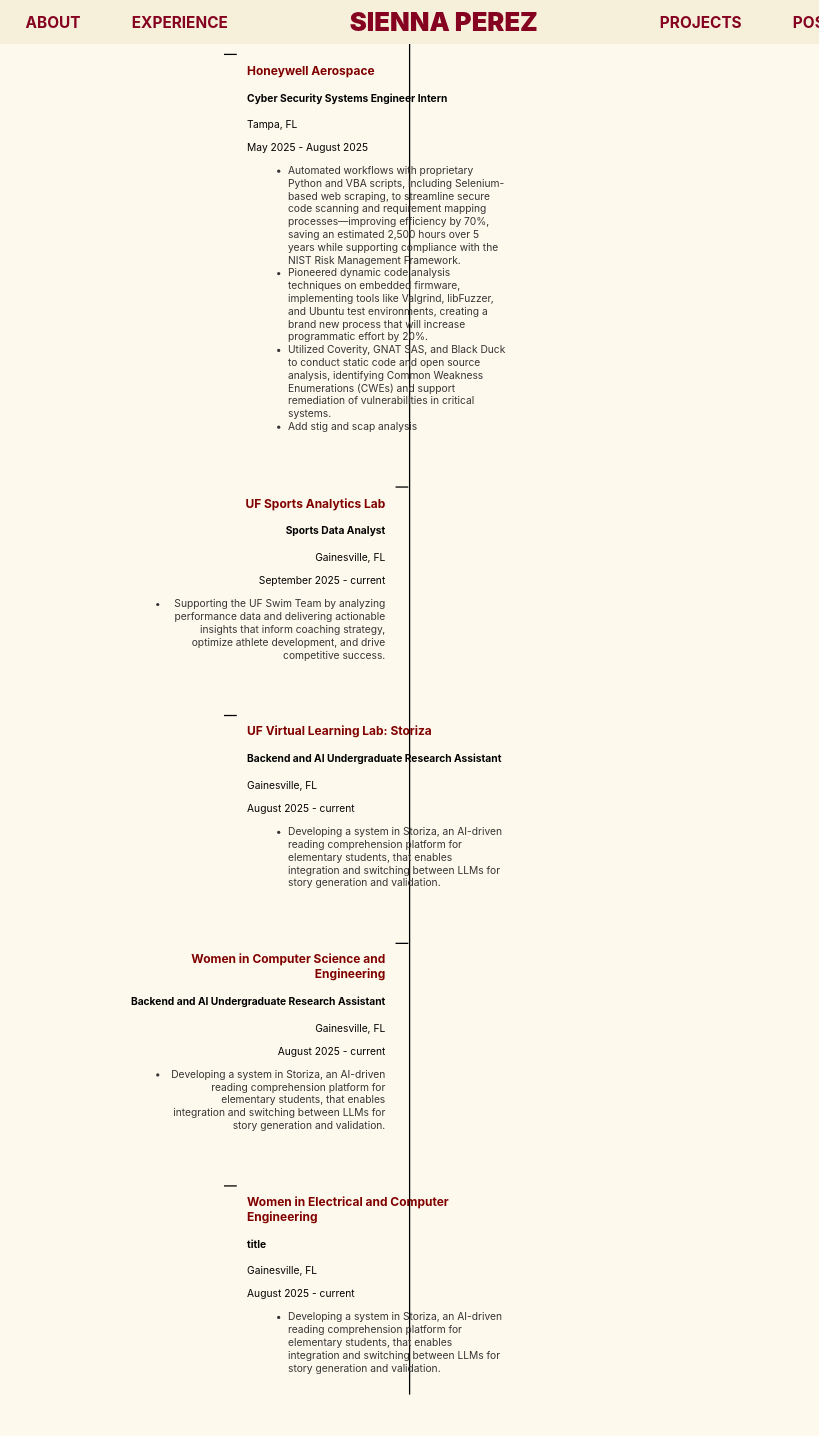
Repository: siennaperez/siennaperezweb
Page: /experience
The author's editor kept a copy of each file at every save. The page is drawn from the files as they stood at one save, then again after the next save.
The browser window is 1280 px wide. The pictures show the whole page, at 64% of full size.
The project was rebuilt for these pictures with package versions that can differ from the ones it lists, and the page was loaded fresh each time. Also part of the build but not shown: src/App.css, src/pages/About.css, src/pages/About.js, src/pages/Home.js.

Above is the page before, as saved 2025-09-21 15:27:11.

### src/App.js
import './App.css';
import ReactDOM from "react-dom/client";
import { BrowserRouter, Routes, Route, Link } from "react-router-dom";
import Navbar from "./components/Navbar";
import Home from "./pages/Home";
import About from "./pages/About";
import Experience from "./pages/Experience";


function App() {
  return (
    <BrowserRouter>
      <Navbar />
      <Routes>
        <Route path="/" element={<Home />} />
        <Route path="/about" element={<About />} />
        <Route path="/experience" element={<Experience />} />

      </Routes>
    </BrowserRouter>
  );
}

export default App;

const root = ReactDOM.createRoot(document.getElementById('root'));
root.render(<App />);

### src/components/Navbar.js
import "./Navbar.css";

import { Link } from 'react-router-dom';

const Navbar = () => {
  return (
    <nav className= "navbar">
      <ul className="nav-list">
        <div class="nav-left">
      <li class="nav-item"><a href="/about">ABOUT</a></li>
      <li class="nav-item"><a href="/experience">EXPERIENCE</a></li>
    </div>

    <div class="nav-center">
      <li class="nav-item"><a href="/">SIENNA PEREZ</a></li>
    </div>

    <div class="nav-right">
      <li class="nav-item"><a href="/projects">PROJECTS</a></li>
      <li class="nav-item"><a href="/posts">POSTS</a></li>
    </div>
      </ul>

    </nav>
  );
}

export default Navbar;

### src/pages/Experience.js
import "./Experience.css";


function Experience() {
return (
    <div className="experience-container">
      <div className="timeline">
        {/* Honeywell */}
        <div className="timeline-item right">
          <h3>Honeywell Aerospace</h3>
          <h4>Cyber Security Systems Engineer Intern</h4>
            <p>Tampa, FL</p>
            <p>May 2025 - August 2025</p>
          <ul>
            <li>Automated workflows with proprietary Python and VBA scripts, including Selenium-based web scraping, to streamline secure code scanning and requirement mapping processes—improving efficiency by 70%, saving an estimated 2,500 hours over 5 years while supporting compliance with the NIST Risk Management Framework.</li>
            <li>Pioneered dynamic code analysis techniques on embedded firmware, implementing tools like Valgrind, libFuzzer, and Ubuntu test environments, creating a brand new process that will increase programmatic effort by 20%.</li>
            <li>Utilized Coverity, GNAT SAS, and Black Duck to conduct static code and open source analysis, identifying Common Weakness Enumerations (CWEs) and support remediation of vulnerabilities in critical systems.</li>
            <li>Add stig and scap analysis</li>
          </ul>
        </div>

        {/* Storiza Lab */}
        <div className="timeline-item left">
          <h3>UF Sports Analytics Lab</h3>
          <h4>Sports Data Analyst</h4>
            <p>Gainesville, FL</p>
            <p>September 2025 - current</p>
          <ul>
            <li>Supporting the UF Swim Team by analyzing performance data and delivering actionable insights that inform coaching strategy, optimize athlete development, and drive competitive success.</li>
          </ul>
        </div>

        {/* Data Job */}
        <div className="timeline-item right">
          <h3>UF Virtual Learning Lab: Storiza</h3>
          <h4>Backend and AI Undergraduate Research Assistant</h4>
            <p>Gainesville, FL</p>
            <p>August 2025 - current</p>
          <ul>
            <li>Developing a system in Storiza, an AI-driven reading comprehension platform for elementary students, that enables integration and switching between LLMs for story generation and validation. </li>
          </ul>
        </div>

        {/* WiCSE */}
        <div className="timeline-item left">
          <h3>Women in Computer Science and Engineering</h3>
          <h4>Backend and AI Undergraduate Research Assistant</h4>
            <p>Gainesville, FL</p>
            <p>August 2025 - current</p>
          <ul>
            <li>Developing a system in Storiza, an AI-driven reading comprehension platform for elementary students, that enables integration and switching between LLMs for story generation and validation. </li>
          </ul>
        </div>

        {/* WECE */}
        <div className="timeline-item right">
          <h3>Women in Electrical and Computer Engineering</h3>
          <h4>title</h4>
            <p>Gainesville, FL</p>
            <p>August 2025 - current</p>
          <ul>
            <li>Developing a system in Storiza, an AI-driven reading comprehension platform for elementary students, that enables integration and switching between LLMs for story generation and validation. </li>
          </ul>
        </div>
      </div>
    </div>
  );
}
  export default Experience;

### src/components/Navbar.css
.navbar {
  background-color: #F6F0DA;
  padding: 10px 40px;
  position: fixed;
  width: 100%;
  top: 0;
  z-index: 100;
}

.nav-list {
  display: flex;
  justify-content: space-between;
  align-items: center;
  list-style: none;
  margin: 0;
  padding: 0;
  font-weight: bold;
  font-size: 24px;
  color: #850221;
}

.nav-left,
.nav-right {
  display: flex;
  gap: 80px;
}

.nav-center {
  font-size: 40px;
  font-weight: 900;
}

.nav-item a {
  text-decoration: none;
  color: #850221;
}

### src/pages/Experience.css
.experience-container {
  background-color: #fdf9ed; /* light beige like mockup */
  padding: 2rem;
  overflow-y: scroll; /* makes it scroll */
}

.timeline {
  position: relative;
  margin: 0 auto;
  width: 90%;
  max-width: 900px;
}

.timeline::before {
  content: "";
  position: absolute;
  top: 0;
  bottom: 0;
  left: 50%;
  width: 2px;
  background: #000;
  transform: translateX(-50%);
}

.timeline-item {
  width: 45%;
  padding: 1rem;
  position: relative;
  margin: 2rem 0;
}

.timeline-item h3 {
  color: #800000;
  font-weight: bold;
}

.timeline-item ul {
  list-style-type: disc;
  margin-left: 1.5rem;
  color: #333;
}

.timeline-item.left {
  text-align: right;
  left: -1%;
}

.timeline-item.right {
  text-align: left;
  left: 20%;
}

/* Add connector line */
.timeline-item.left::before,
.timeline-item.right::before {
  content: "";
  position: absolute;
  top: 20px;
  width: 20px;
  height: 2px;
  background: #000;
}

.timeline-item.left::before {
  right: -20px;
}

.timeline-item.right::before {
  left: -20px;
}

Loaded but not shown: public/index.html (common file); src/index.js (common file); src/index.css (common file); src/reportWebVitals.js (common file)

After the next save:
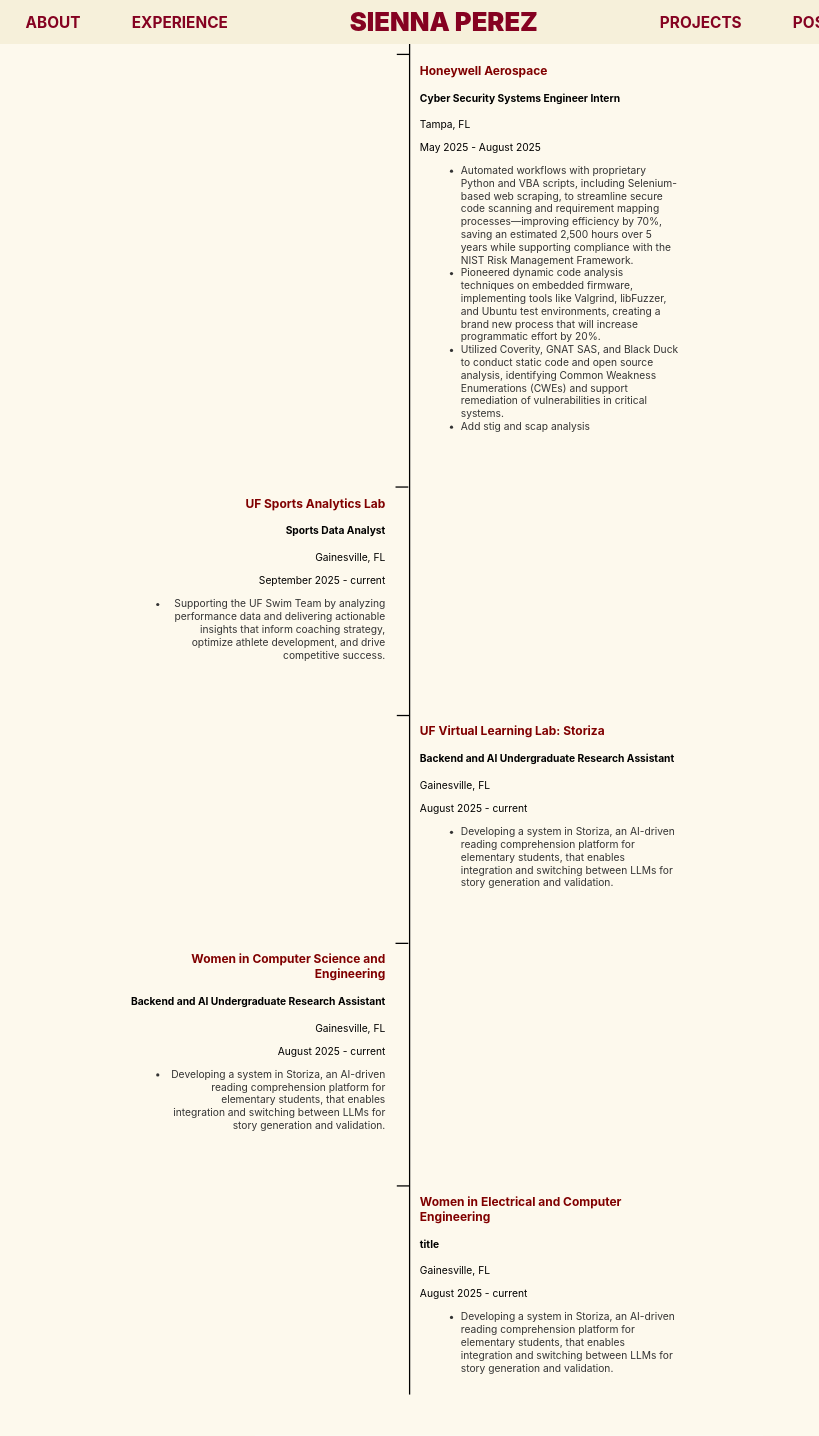
Saved 5 s later.
--- a/src/pages/Experience.css
+++ b/src/pages/Experience.css
@@ -47,7 +47,7 @@
 
 .timeline-item.right {
   text-align: left;
-  left: 20%;
+  left: 50%;
 }
 
 /* Add connector line */
